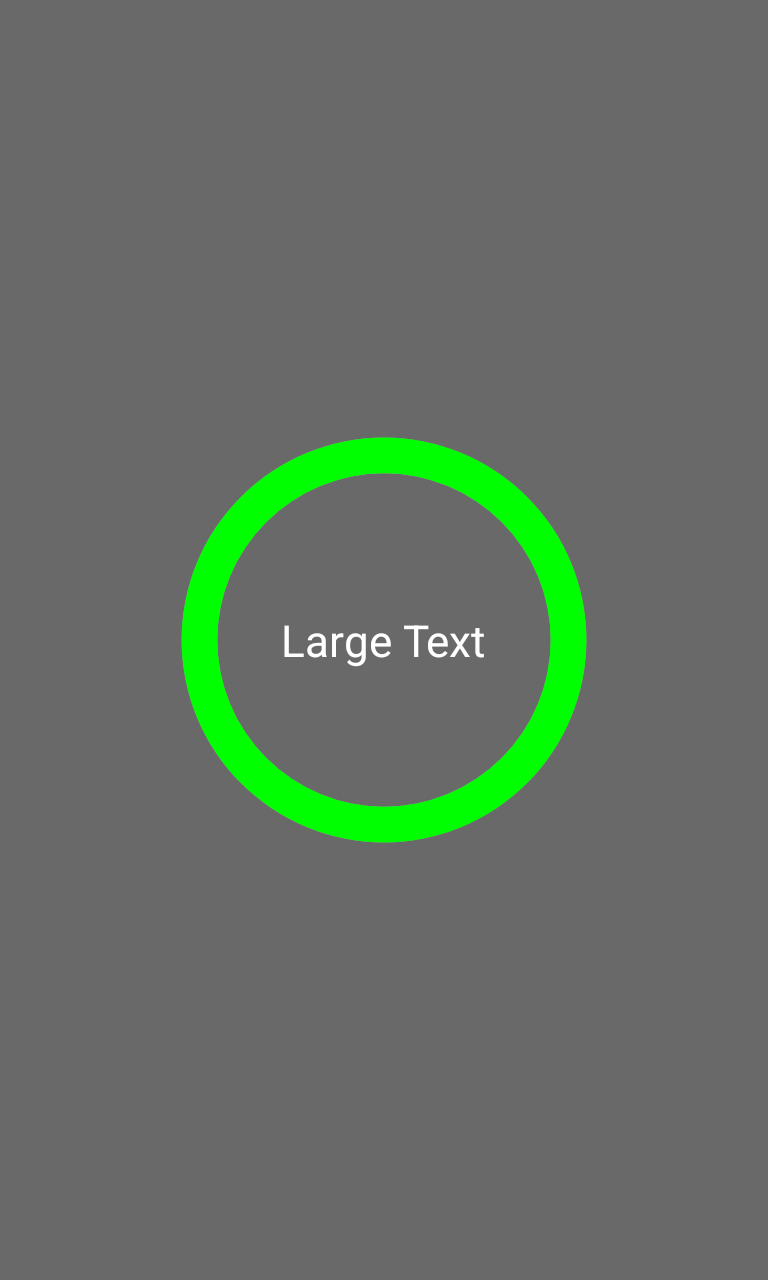
Repository: Hannanina/GuessTag
Layout: GuessTag/res/layout/activity_timer.xml
An editor plug-in stored every save of this project. The layout is shown before and after the next save, followed by the edit.
It is drawn on a 768 x 1280 px phone screen (xhdpi) without system bars, with theme AppTheme; the app's code is not run.

Above is the layout before, as saved 2014-12-18 12:23:09.

After the next save:
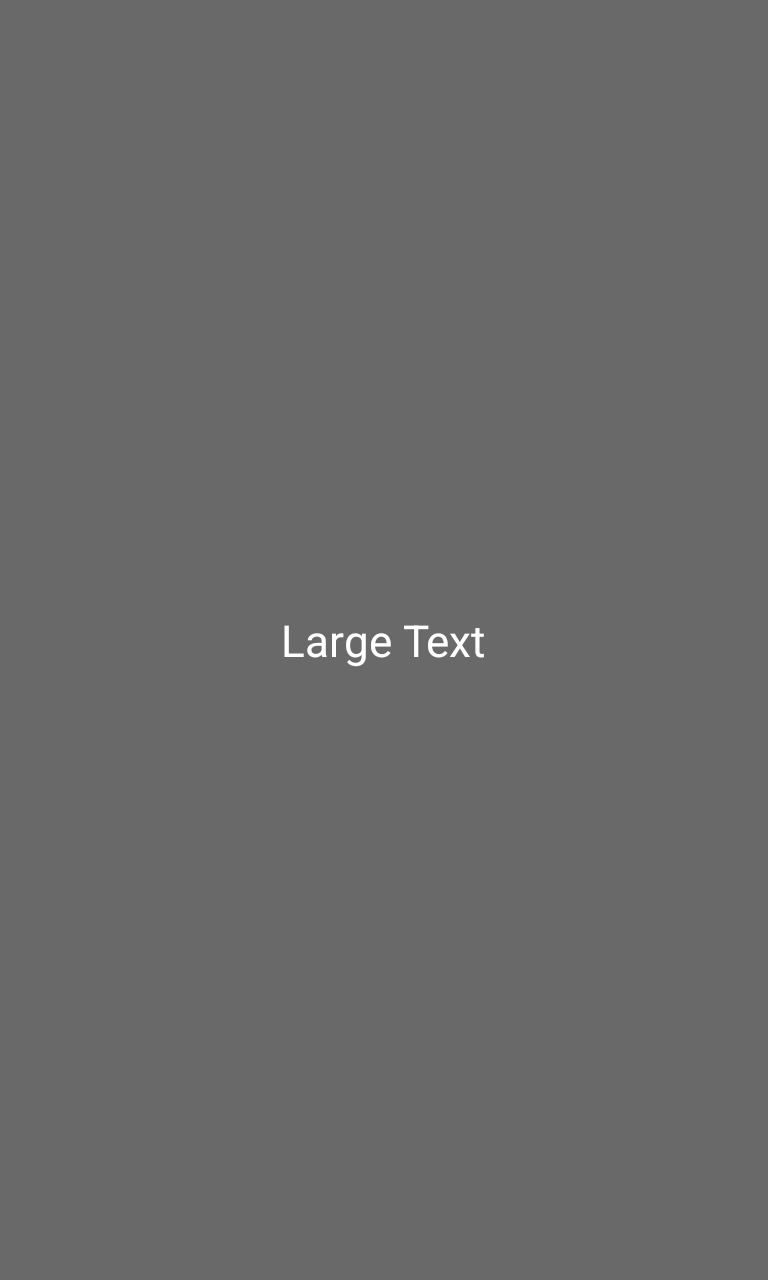
Saved 15 min 3 s later.
--- a/GuessTag/res/layout/activity_timer.xml
+++ b/GuessTag/res/layout/activity_timer.xml
@@ -8,7 +8,7 @@
 
     <ProgressBar
         android:id="@+id/circularProgressbar"
-        style="?android:attr/progressBarStyleHorizontal"
+        style="@android:attr/progressBarStyleHorizontal"
         android:layout_width="250dp"
         android:layout_height="250dp"
         android:layout_centerHorizontal="true"

After the save that followed:
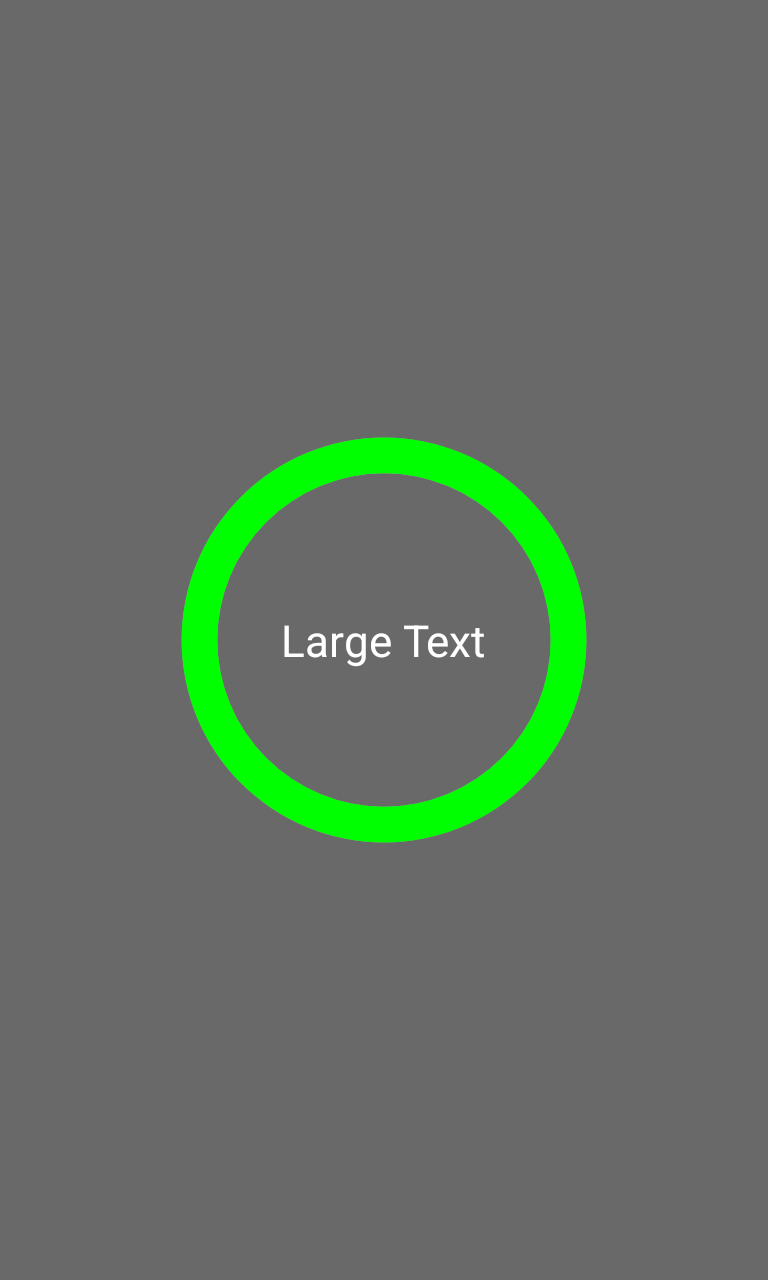
Saved 42 s later.
--- a/GuessTag/res/layout/activity_timer.xml
+++ b/GuessTag/res/layout/activity_timer.xml
@@ -8,7 +8,7 @@
 
     <ProgressBar
         android:id="@+id/circularProgressbar"
-        style="@android:attr/progressBarStyleHorizontal"
+        style="?android:attr/progressBarStyleHorizontal"
         android:layout_width="250dp"
         android:layout_height="250dp"
         android:layout_centerHorizontal="true"
